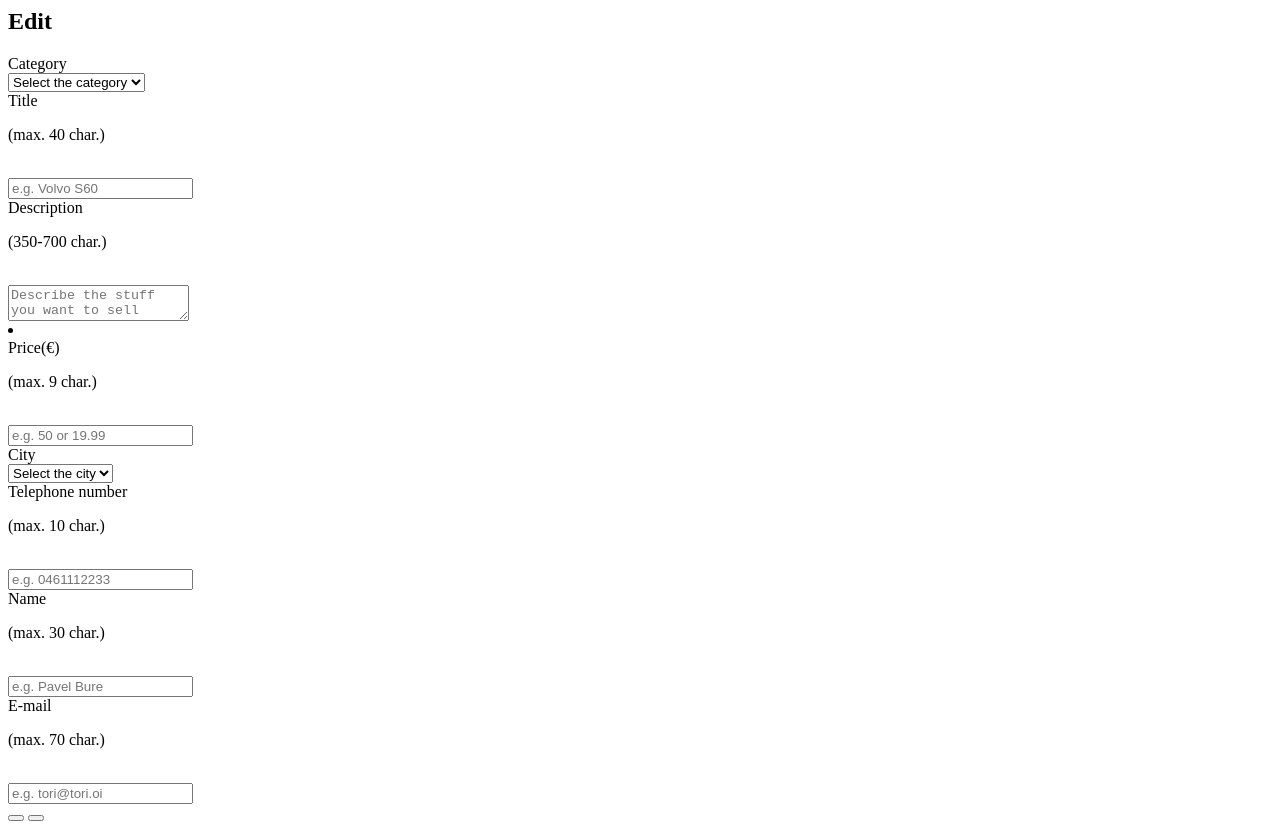
Repository: aidarm/Tori_II
Page: public/js/app/views/edit.html
The author's editor kept a record of every edit. The page is drawn from the files as they stood at one moment, then again after the next edit.
The browser window is 1280 px wide. The pictures show the whole page.

Above is the page before.

### public/js/app/views/edit.html
<form class="editForm" data-ng-submit="submitForm()">
    <h2>Edit</h2>
    <div class="formCategory">
        <label>Category</label><br />
        <select data-ng-model="form.category">
            <option value="" selected>Select the category</option>
            <option value="cars">Cars</option>
            <option value="houses">Houses</option>
        </select><br />
    </div>
    <label>Title</label><p> (max. 40 char.)</p><br />
    <input type="text" class="formTitle" placeholder="e.g. Volvo S60" data-ng-model="form.title" maxlength="40" /><br />
    <label>Description</label><p> (350-700 char.)</p><br />
    <textarea class="formDescription" placeholder="Describe the stuff you want to sell" data-ng-model="form.description" maxlength="700" value="item.description"></textarea><br />
    <flex-slider slide="img in form.img">
        <li>
            <img data-ng-src="{{ img }}">
        </li>
    </flex-slider>
    <div class="formPrice">
        <label>Price(&euro;)</label><p> (max. 9 char.)</p><br />
        <input type="text" placeholder="e.g. 50 or 19.99" data-ng-model="form.price" maxlength="10" /><br />
    </div>
    <div class="contact_information">
        <div class="formCity">
            <label>City</label><br />
            <select data-ng-model="form.city">
                <option value="" selected>Select the city</option>
                <option value="Helsinki">Helsinki</option>
                <option value="Turku">Turku</option>
            </select><br />
            <label>Telephone number</label><p> (max. 10 char.)</p><br />
            <input type="text" class="formPhone" placeholder="e.g. 0461112233" data-ng-model="form.phone" maxlength="10" /><br />
        </div>
        <label>Name</label><p> (max. 30 char.)</p><br />
        <input type="text" class="formTitle" placeholder="e.g. Pavel Bure" data-ng-model="form.name" maxlength="30" /><br />

        <label>E-mail</label><p> (max. 70 char.)</p><br />
        <input type="text" class="formEmail" placeholder="e.g. tori@tori.oi" data-ng-model="form.email" maxlength="70" /><br />
    </div>
    <div class="formButton">
        <button type="submit" data-icon="&#xe60a;" data-ng-click="send()"></button>
        <button type="submit" data-icon="&#xe609;" data-ng-click="cancel()"></button>
    </div>
</form>

After the next edit:
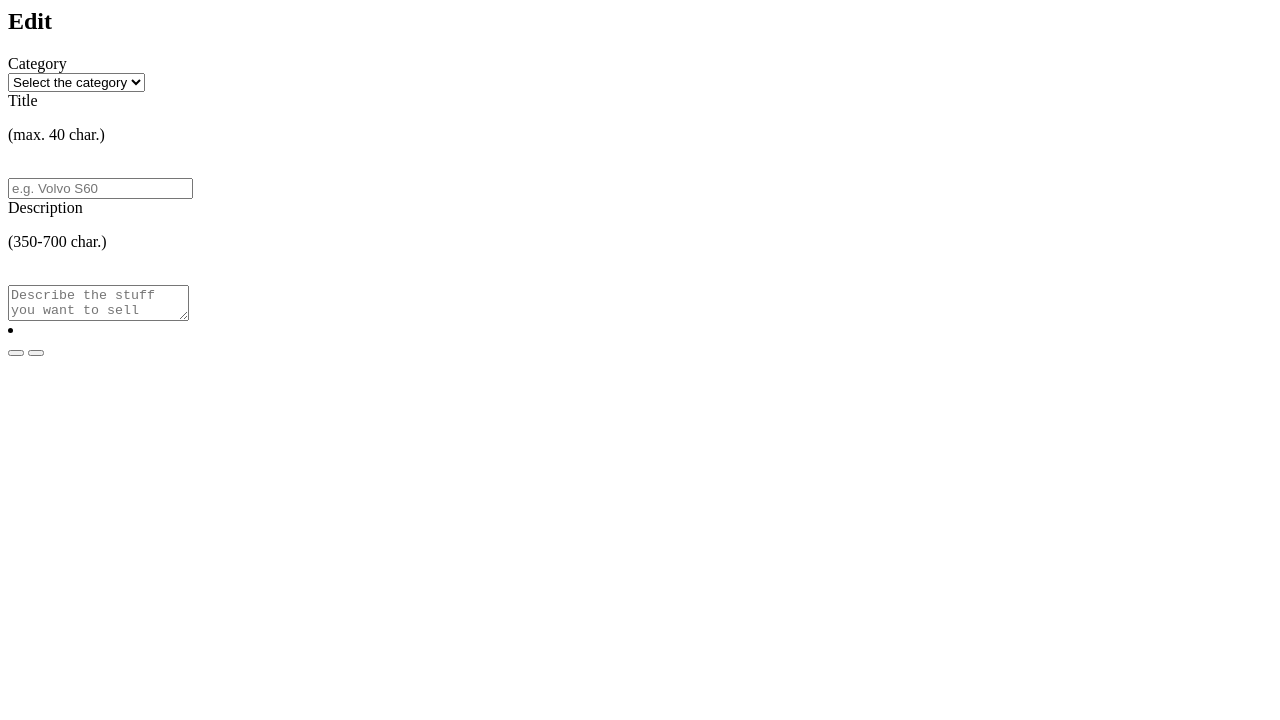
The edit:
--- a/public/js/app/views/edit.html
+++ b/public/js/app/views/edit.html
@@ -17,27 +17,6 @@
             <img data-ng-src="{{ img }}">
         </li>
     </flex-slider>
-    <div class="formPrice">
-        <label>Price(&euro;)</label><p> (max. 9 char.)</p><br />
-        <input type="text" placeholder="e.g. 50 or 19.99" data-ng-model="form.price" maxlength="10" /><br />
-    </div>
-    <div class="contact_information">
-        <div class="formCity">
-            <label>City</label><br />
-            <select data-ng-model="form.city">
-                <option value="" selected>Select the city</option>
-                <option value="Helsinki">Helsinki</option>
-                <option value="Turku">Turku</option>
-            </select><br />
-            <label>Telephone number</label><p> (max. 10 char.)</p><br />
-            <input type="text" class="formPhone" placeholder="e.g. 0461112233" data-ng-model="form.phone" maxlength="10" /><br />
-        </div>
-        <label>Name</label><p> (max. 30 char.)</p><br />
-        <input type="text" class="formTitle" placeholder="e.g. Pavel Bure" data-ng-model="form.name" maxlength="30" /><br />
-
-        <label>E-mail</label><p> (max. 70 char.)</p><br />
-        <input type="text" class="formEmail" placeholder="e.g. tori@tori.oi" data-ng-model="form.email" maxlength="70" /><br />
-    </div>
     <div class="formButton">
         <button type="submit" data-icon="&#xe60a;" data-ng-click="send()"></button>
         <button type="submit" data-icon="&#xe609;" data-ng-click="cancel()"></button>
